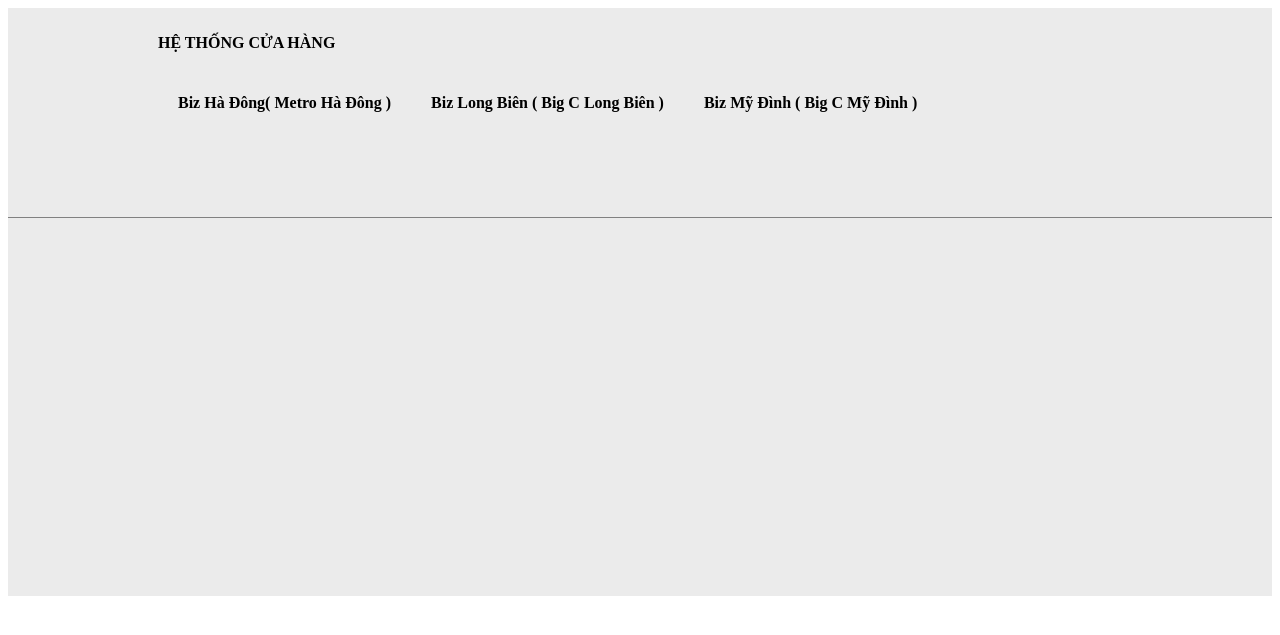
Repository: LongNguyen2504/T3H-FrondEnd
Page: lesson4_css_homework1.html
The author's editor kept a copy of each file at every save. The page is drawn from the files as they stood at one save, then again after the next save.
The browser window is 1280 px wide. The pictures show the whole page.

Above is the page before, as saved 2021-12-04 20:38:19.

After the next save:
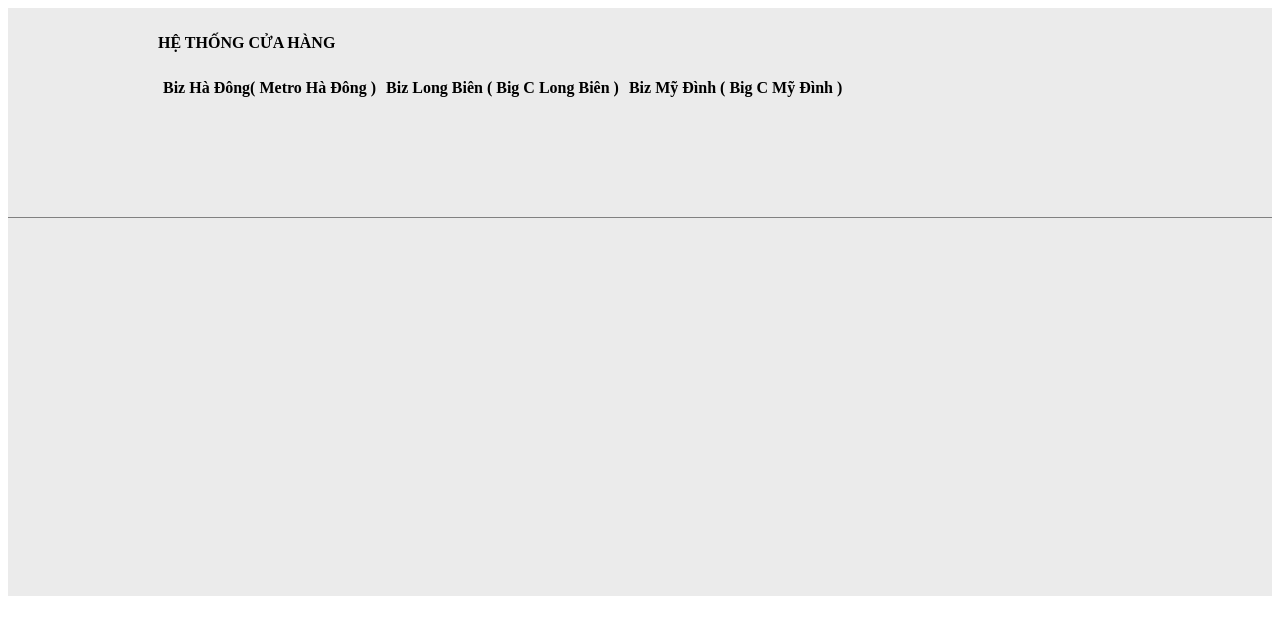
Saved 5 s later.
--- a/lesson4_css_homework1.css
+++ b/lesson4_css_homework1.css
@@ -31,5 +31,5 @@
 
 }
 .box1,.box2,.box3{
-   margin: 20px;
+   margin: 5px;
 }

After the save that followed:
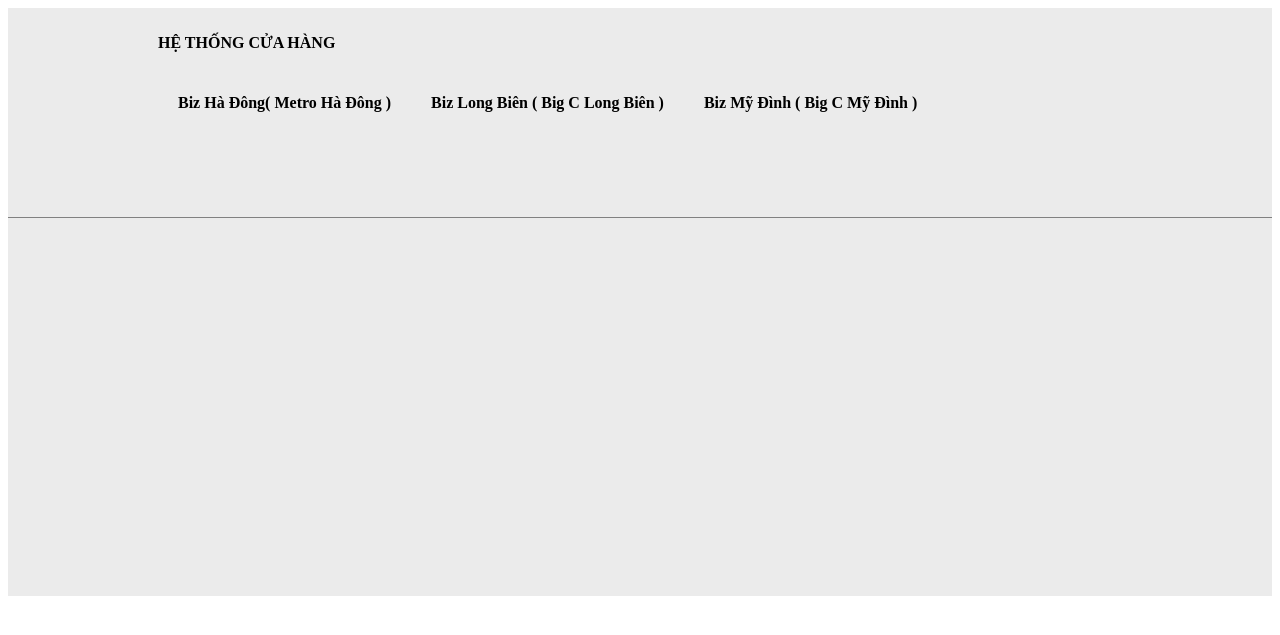
Saved 61 s later.
--- a/lesson4_css_homework1.css
+++ b/lesson4_css_homework1.css
@@ -31,5 +31,5 @@
 
 }
 .box1,.box2,.box3{
-   margin: 5px;
+   margin: 20px;
 }
